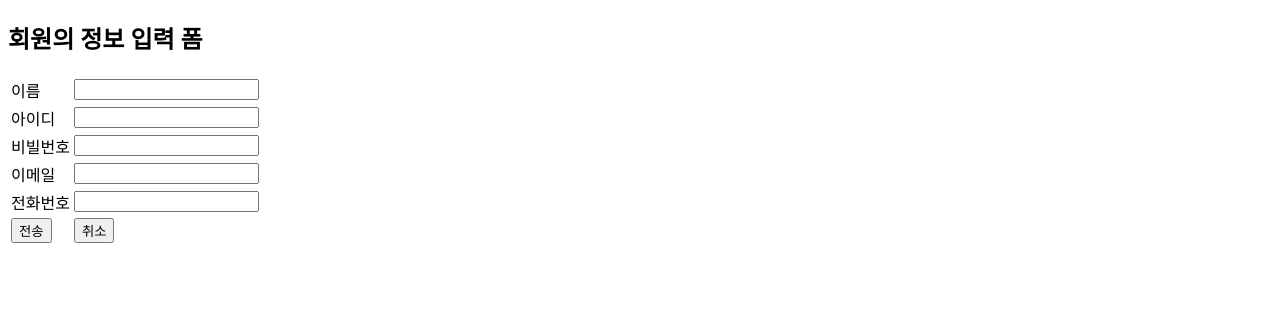
Repository: yjeongyjeong/jsp
Page: http://localhost/web-study-08-oracle/02_addMemberForm.jsp
The author's editor kept a copy of each file at every save. The page is drawn from the files as they stood at one save, then again after the next save.
The browser window is 1280 px wide. The pictures show the whole page.
The page is served by Tomcat 9.

Above is the page before, as saved 2023-10-12 06:46:15.

After the next save:
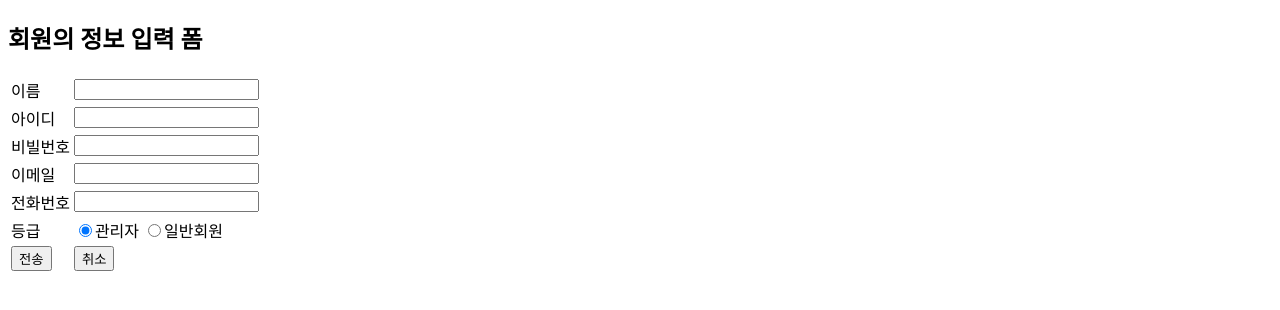
Saved 70 s later.
--- a/web-study-08-oracle/src/main/webapp/02_addMemberForm.jsp
+++ b/web-study-08-oracle/src/main/webapp/02_addMemberForm.jsp
@@ -31,6 +31,13 @@
             <td><input type="text" name=phone size=20></td>
          </tr>
          <tr>
+            <td>등급</td>
+            <td>
+	            <input type="radio" name=admin value=1 checked="checked">관리자
+	            <input type="radio" name=admin value=0 >일반회원
+            </td>
+         </tr>
+         <tr>
             <td><input type="submit" value="전송"></td>
             <td><input type="reset" value="취소"></td>
          </tr>
